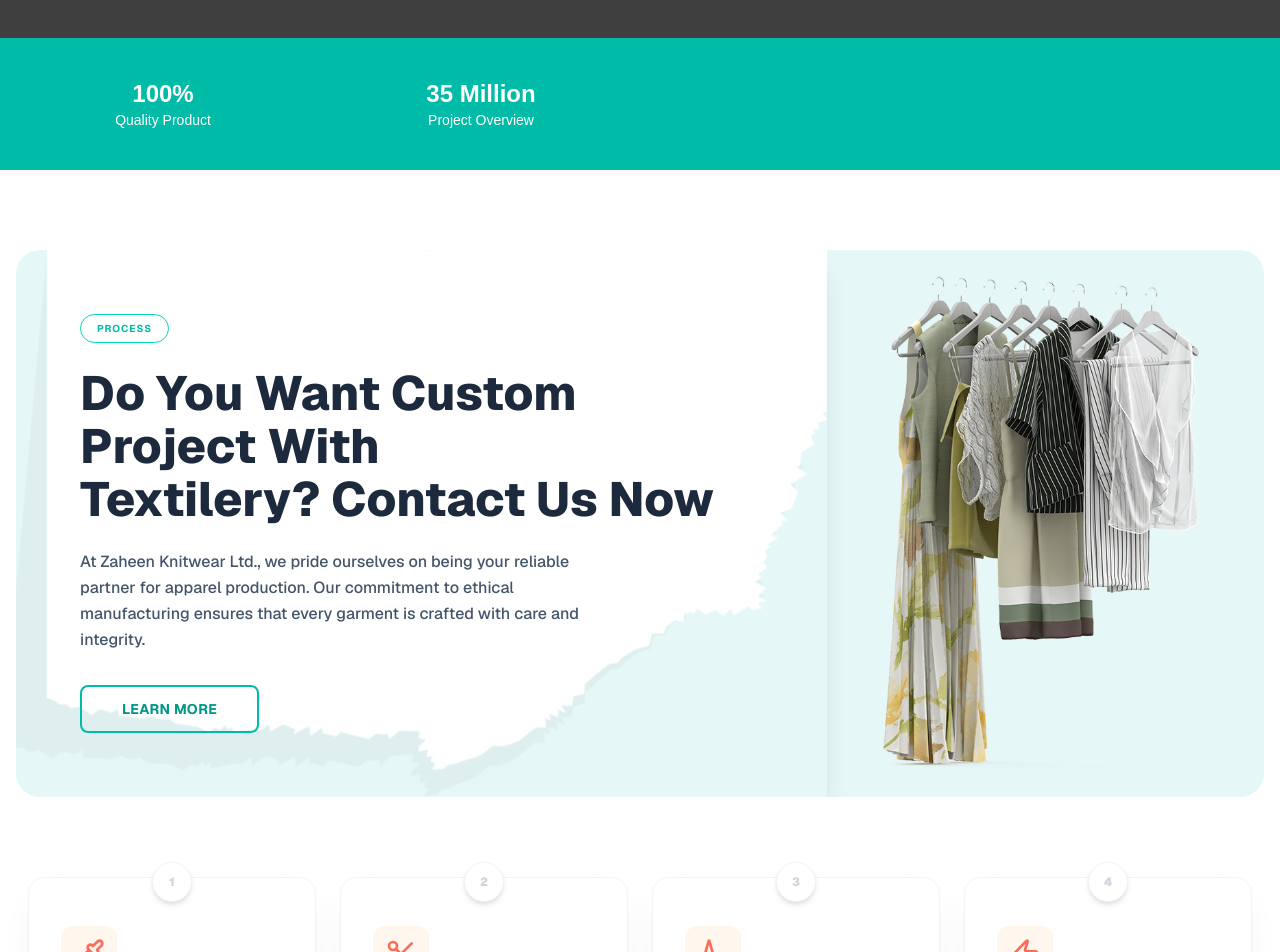
Repository: mdmuhibullahhabib/fullstack-assessment
Page: /
An editor plug-in stored every save of this project. The page is shown before and after the next save, followed by the edit.
The browser window is 1280 px wide. The pictures show the part of the page from y = 540 to 1492 px (the page is 3092 px tall before and 3111 px after).
Pictures or frames that could not be fetched are drawn as grey boxes. The project was rebuilt for these pictures with package versions that can differ from the ones it lists, and the page was loaded fresh each time. The framework's server and built-in components were replaced by stand-ins that run in the browser. Also part of the build but not shown: next.config.mjs.

Above is the page before, as saved 2025-12-27 09:34:05.

### src/app/layout.js
import { Geist, Geist_Mono } from "next/font/google";
import "./globals.css";
import Navbar from "@/components/shared/Navbar";
import Footer from "@/components/shared/Footer";

const geistSans = Geist({
  variable: "--font-geist-sans",
  subsets: ["latin"],
});

const geistMono = Geist_Mono({
  variable: "--font-geist-mono",
  subsets: ["latin"],
});

export const metadata = {
  title: "Create Next App",
  description: "Generated by create next app",
};

export default function RootLayout({ children }) {
  return (
    <html lang="en">
      <body
        className={`${geistSans.variable} ${geistMono.variable} antialiased`}
      >
        <Navbar/>
        {children}
        <Footer/>
      </body>
    </html>
  );
}

### src/app/page.js
import Apparel from "@/components/home/Apparel";
import CustomProcess from "@/components/home/CustomProcess";
import Hero from "@/components/home/hero";
import Stats from "@/components/home/Stats";


export default function Home() {
  return (
    <>
      <Hero />
      <Stats />
      <CustomProcess />
      <Apparel />
    </>
  );
}

### src/components/shared/Navbar.jsx
"use client";

import Link from "next/link";
import { Menu, X, ShoppingCart, User } from "lucide-react";
import { useState } from "react";

export default function Navbar() {
  const [open, setOpen] = useState(false);

  return (
    <header className="w-full">
      {/* ===== Top Bar ===== */}
      <div className="bg-teal-500 text-white text-sm">
        <div className="max-w-7xl mx-auto flex justify-between items-center px-4 py-2">
          <p>📍 Kashimpur, Gazipur Sadar / Gazipur</p>
          <div className="flex items-center gap-4">
            <span>📞 +880 01713-027875</span>
            <div className="flex gap-2">
              <span>f</span>
              <span>x</span>
              <span>▶</span>
              <span>📷</span>
            </div>
          </div>
        </div>
      </div>

      {/* ===== Main Navbar ===== */}
      <div className="bg-white shadow">
        <div className="max-w-7xl mx-auto flex items-center justify-between px-4 py-4">

          {/* Logo */}
          <Link href="/" className="flex items-center gap-2">
            <div className="w-10 h-10 bg-green-500 rounded flex items-center justify-center text-white font-bold">
              Z
            </div>
            <span className="font-bold text-lg text-gray-800">
              Company
            </span>
          </Link>

          {/* Desktop Menu */}
          <nav className="hidden md:flex items-center gap-8 text-gray-700 font-medium">
            <Link href="/">Home</Link>
            <Link href="/about">About Us</Link>
            <Link href="/services">Our Services</Link>
            <Link href="/products">Our Products</Link>
            <Link href="/blogs">Blogs</Link>
          </nav>

          {/* Right Actions */}
          <div className="hidden md:flex items-center gap-4">
            <ShoppingCart className="cursor-pointer" />
            <div className="w-8 h-8 bg-red-500 rounded-full flex items-center justify-center text-white">
              M
            </div>
            <Link
              href="/contact"
              className="bg-orange-500 text-white px-4 py-2 rounded"
            >
              Contact Us
            </Link>
          </div>

          {/* Mobile Menu Button */}
          <button
            onClick={() => setOpen(!open)}
            className="md:hidden"
          >
            {open ? <X /> : <Menu />}
          </button>
        </div>

        {/* ===== Mobile Menu ===== */}
        {open && (
          <div className="md:hidden bg-white border-t">
            <nav className="flex flex-col gap-4 px-4 py-4 text-gray-700">
              <Link href="/">Home</Link>
              <Link href="/about">About Us</Link>
              <Link href="/services">Our Services</Link>
              <Link href="/products">Our Products</Link>
              <Link href="/blogs">Blogs</Link>

              <div className="flex items-center gap-4 pt-4">
                <ShoppingCart />
                <User />
                <Link
                  href="/contact"
                  className="bg-orange-500 text-white px-4 py-2 rounded"
                >
                  Contact Us
                </Link>
              </div>
            </nav>
          </div>
        )}
      </div>
    </header>
  );
}

### src/components/shared/Footer.jsx
import Image from "next/image";
import Link from "next/link";

export default function Footer() {
  return (
    <footer className="bg-[#f8f8f8] border-t">
      <div className="max-w-7xl mx-auto px-4 py-12">

        {/* ===== Top Section ===== */}
        <div className="grid grid-cols-1 md:grid-cols-4 gap-10">

          {/* Logo & Contact */}
          <div className="space-y-4">
            <div className="flex items-center gap-3">
              <Image src="/logo.png" alt="logo" width={48} height={48} />
              <Image src="/logo2.png" alt="logo2" width={48} height={48} />
            </div>

            <p className="text-sm text-gray-600 flex gap-2">
              📍 29 SE 2nd Ave, Miami, FL 33131, United States
            </p>
            <p className="text-sm text-gray-600">
              ✉ info@zaheen.com
            </p>
            <p className="text-sm font-semibold">
              📞 (+92) 3942 7879
            </p>
          </div>

          {/* Pages */}
          <div>
            <h4 className="font-semibold mb-4 uppercase text-sm">Pages</h4>
            <ul className="space-y-2 text-sm text-gray-600">
              <li><Link href="#">About Us</Link></li>
              <li><Link href="#">Our Services</Link></li>
              <li><Link href="#">Our Products</Link></li>
            </ul>
          </div>

          {/* Information */}
          <div>
            <h4 className="font-semibold mb-4 uppercase text-sm">Information</h4>
            <ul className="space-y-2 text-sm text-gray-600">
              <li><Link href="#">My Account</Link></li>
              <li><Link href="#">Corporate Enquiries</Link></li>
              <li><Link href="#">FAQs</Link></li>
            </ul>
          </div>
        </div>

        {/* ===== Payment Channels (SAME ROW STYLE) ===== */}
        <div className="mt-10">
          <h4 className="font-semibold text-sm mb-4">PAYMENT CHANNELS</h4>

          <div className="flex flex-wrap gap-3">
            {[
              "visa",
              "mastercard",
              "amex",
              "bKash",
              "nagad",
              "rocket",
              "upay",
              "tap",
              "citybank",
              "bracbank",
              "easternbank",
              "standardchartered",
            ].map((logo) => (
              <div
                key={logo}
                className="bg-white border rounded-md px-4 py-2 flex items-center justify-center"
              >
                <Image
                  src={`/payments/${logo}.png`}
                  alt={logo}
                  width={48}
                  height={28}
                  className="object-contain"
                />
              </div>
            ))}
          </div>
        </div>

        {/* ===== Bottom Bar ===== */}
        <div className="border-t mt-10 pt-6 flex flex-col md:flex-row justify-between items-center gap-4 text-sm text-gray-600">

          <p>
            Copyright ©{" "}
            <span className="text-orange-500 font-medium">
              360D Soul Limited
            </span>{" "}
            2025. All rights reserved.
          </p>

          <div className="flex gap-4 text-lg">
            <span>f</span>
            <span>x</span>
            <span>📷</span>
          </div>

          <div className="flex gap-4">
            <Link href="#">Terms & Condition</Link>
            <Link href="#">Privacy & Policy</Link>
            <Link href="#">Refund Policy</Link>
          </div>
        </div>

      </div>
    </footer>
  );
}

### src/components/home/Apparel.jsx
export default function Apparel() {
  const products = [
    {
      name: "Denim Jacket",
      price: "$10.00",
      img: "https://images.unsplash.com/photo-1520975916090-3105956dac38",
    },
    {
      name: "Hoodie",
      price: "$12.00",
      img: "https://images.unsplash.com/photo-1520974735194-6c9c0c13ed3d",
    },
    {
      name: "T-Shirt",
      price: "$8.00",
      img: "https://images.unsplash.com/photo-1583743814966-8936f5b7be1a",
    },
  ];

  return (
    <section className="bg-gray-50 py-16">
      <div className="max-w-7xl mx-auto px-4">
        <h2 className="text-2xl font-bold mb-8">Our Apparels</h2>

        <div className="grid sm:grid-cols-2 md:grid-cols-3 gap-6">
          {products.map((p, i) => (
            <div key={i} className="bg-white border rounded overflow-hidden">
              <img src={p.img} className="h-56 w-full object-cover" />
              <div className="p-4">
                <h3 className="font-semibold">{p.name}</h3>
                <p className="text-sm text-gray-600">{p.price}</p>
                <button className="mt-3 w-full bg-teal-500 text-white py-2 rounded">
                  Add to Cart
                </button>
              </div>
            </div>
          ))}
        </div>
      </div>
    </section>
  );
}

### src/components/home/CustomProcess.jsx
"use client"
import Image from "next/image";
import { Scissors, Pipette, Zap, Activity, Repeat, ClipboardCheck, Box } from "lucide-react";
import bgImage from "../../../public/home/ProcessImage-1.png";
import rightImage from "../../../public/home/ProcessImage-2.png";

export default function CustomProcess() {
  const steps = [
    { number: 1, title: "Dyeing", desc: "Adding color to biodegradable materials.", icon: <Pipette className="w-8 h-8 text-[#FF6B5B]" /> },
    { number: 2, title: "Cutting", desc: "Eco-friendly clothing items for all shapes and sizes.", icon: <Scissors className="w-8 h-8 text-[#FF6B5B]" /> },
    { number: 3, title: "Sewing", desc: "Vouching for the ultimate sturdiness and durability of the fabric.", icon: <Activity className="w-8 h-8 text-[#FF6B5B]" /> },
    { number: 4, title: "Snipping of thread", desc: "A neat edge, a soft and smooth finish.", icon: <Zap className="w-8 h-8 text-[#FF6B5B]" /> },
    { number: 5, title: "Ironing", desc: "Ironing it before shipping.", icon: <Repeat className="w-8 h-8 text-[#FF6B5B]" /> },
    { number: 6, title: "Checking", desc: "Going through each clothing piece to ensure supreme quality standards are met.", icon: <ClipboardCheck className="w-8 h-8 text-[#FF6B5B]" /> },
    { number: 7, title: "Package", desc: "Folding and packing with the utmost care.", icon: <Box className="w-8 h-8 text-[#FF6B5B]" /> },
  ];

  return (
    <section className="bg-white py-20 px-4 font-sans">
      <div className="max-w-7xl mx-auto">

        {/* ===== TOP SECTION ===== */}
<div className="relative bg-[#E6F7F8] rounded-3xl overflow-hidden flex flex-col md:flex-row items-stretch mb-20 min-h-[480px]">

  {/* ===== LEFT SIDE (TEXT + BG IMAGE) ===== */}
  <div
    className="relative w-full md:w-[65%] p-10 md:p-16 flex flex-col justify-center items-start shadow-xl"
    style={{
      backgroundImage: `url(${bgImage.src})`,
      backgroundSize: "cover",
      backgroundPosition: "center",
    }}
  >
    {/* Overlay for readability */}
    <div className="absolute" />

    <div className="relative z-10">
      <span className="inline-block border border-teal-400 text-teal-500 text-[10px] font-bold px-4 py-1.5 rounded-full uppercase tracking-widest mb-6 bg-white/70">
        Process
      </span>

      <h2 className="text-3xl md:text-5xl font-extrabold text-slate-800 leading-[1.1] mb-6">
        Do You Want Custom Project With <br className="hidden lg:block" />
        Textilery? Contact Us Now
      </h2>

      <p className="text-slate-600 text-sm md:text-base leading-relaxed max-w-lg mb-8 font-medium">
        At Zaheen Knitwear Ltd., we pride ourselves on being your reliable partner
        for apparel production. Our commitment to ethical manufacturing ensures
        that every garment is crafted with care and integrity.
      </p>

      <button className="border-2 border-teal-500 text-teal-600 px-10 py-3 rounded-lg font-bold text-sm hover:bg-teal-500 hover:text-white transition-all uppercase tracking-wide">
        Learn More
      </button>
    </div>
  </div>

  {/* ===== RIGHT SIDE IMAGE ===== */}
  <div className="w-full md:w-[35%] flex items-center justify-center p-6 md:p-0">
    <div className="relative w-full h-[320px] md:h-[450px] md:scale-110">
      <Image
        src={rightImage}
        alt="Garments on hangers"
        fill
        className="object-contain"
        priority
      />
    </div>
  </div>
</div>

        {/* ===== PROCESS STEPS GRID ===== */}
        <div className="flex flex-wrap justify-center gap-6">
          {steps.map((step, index) => (
            <div
              key={step.number}
              className={`
                relative bg-white p-8 pt-12 rounded-2xl shadow-[0_15px_40px_-15px_rgba(0,0,0,0.1)]
                border border-gray-100 flex flex-col items-start transition-all hover:-translate-y-2
                w-full sm:w-[calc(50%-1.5rem)] lg:w-[calc(25%-1.5rem)]
                ${index >= 4 ? 'lg:translate-y-2' : ''}
              `}
            >
              {/* Step Number Circle */}
              <div className="absolute -top-4 left-1/2 -translate-x-1/2 w-10 h-10 bg-white border border-gray-100 shadow-md rounded-full flex items-center justify-center text-xs font-black text-gray-300">
                {step.number}
              </div>

              <div className="mb-6 bg-orange-50 p-3 rounded-xl">
                {step.icon}
              </div>

              <h3 className="text-xl font-bold text-slate-800 mb-3">
                {step.title}
              </h3>
              <p className="text-[14px] text-gray-500 leading-relaxed">
                {step.desc}
              </p>
            </div>
          ))}
        </div>

      </div>
    </section>
  );
}

### src/components/home/hero.jsx
export default function Hero() {
  return (
    <section className="relative bg-black text-white">
      <img
        src="https://images.unsplash.com/photo-1520975916090-3105956dac38"
        className="absolute inset-0 w-full h-full object-cover opacity-40"
      />

      <div className="relative max-w-7xl mx-auto px-4 py-28 grid md:grid-cols-2 gap-10">
        <div>
          <p className="text-sm uppercase mb-3 text-teal-400">
            Textile & Garments
          </p>
          <h1 className="text-4xl md:text-5xl font-bold mb-5">
            High-Quality Garments. <br /> Ethically Made.
          </h1>
          <p className="text-gray-300 mb-6">
            We manufacture premium garments using ethical and sustainable
            practices.
          </p>

          <div className="flex gap-4">
            <button className="bg-orange-500 px-6 py-3 rounded">
              Explore
            </button>
            <button className="border px-6 py-3 rounded">
              Contact Us
            </button>
          </div>
        </div>
      </div>
    </section>
  );
}

### src/components/home/Stats.jsx
export default function Stats() {
  const stats = [
    { title: "Quality Product", value: "100%" },
    { title: "Project Overview", value: "35 Million" },
  ];

  return (
    <section className="bg-teal-500 text-white">
      <div className="max-w-7xl mx-auto px-4 py-10 grid grid-cols-2 md:grid-cols-4 gap-6 text-center">
        {stats.map((s, i) => (
          <div key={i}>
            <h3 className="text-2xl font-bold">{s.value}</h3>
            <p className="text-sm">{s.title}</p>
          </div>
        ))}
      </div>
    </section>
  );
}

Loaded but not shown: src/app/globals.css (common file)

After the next save:
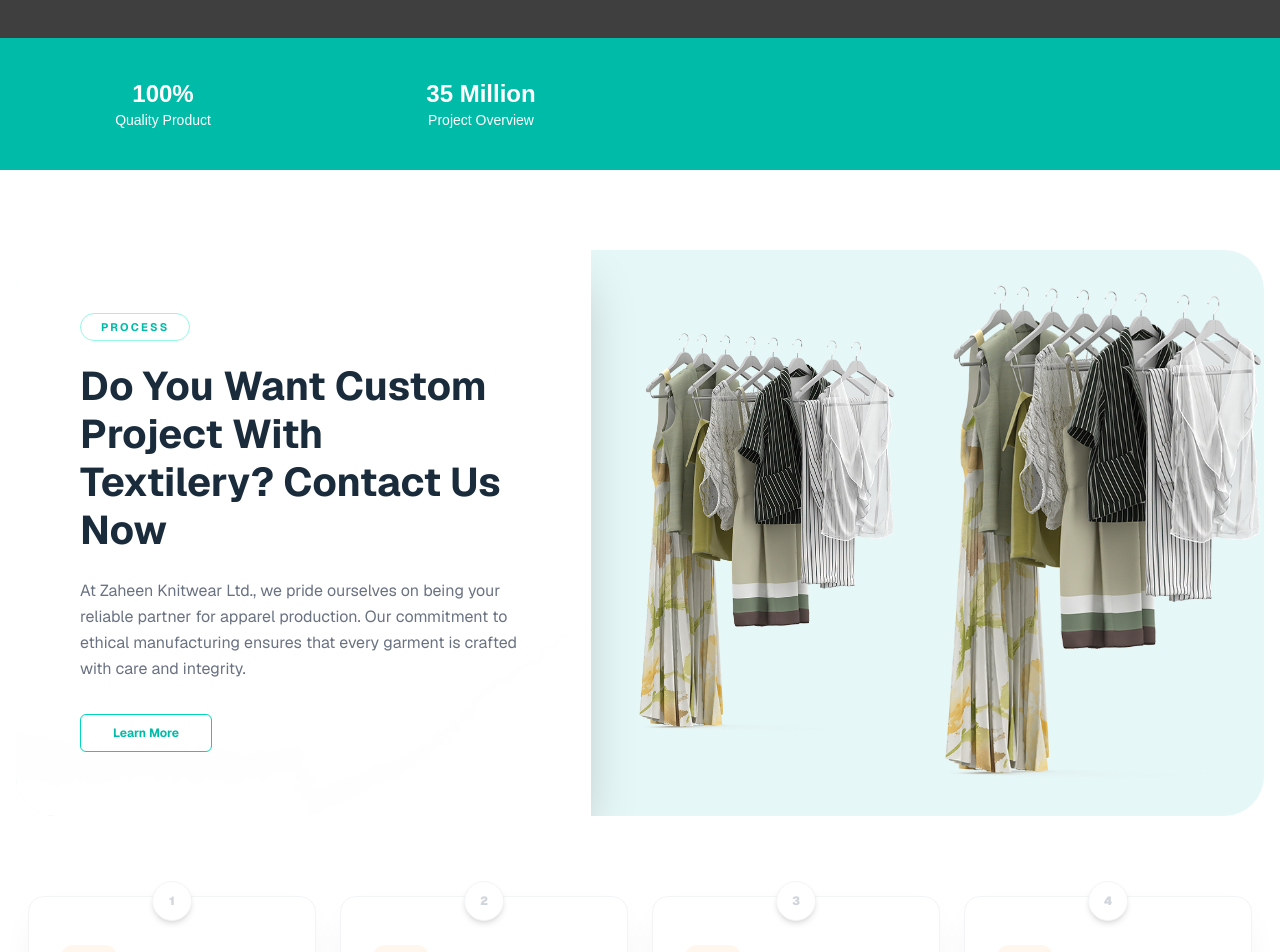
Saved 4 min 45 s later.
--- a/src/components/home/CustomProcess.jsx
+++ b/src/components/home/CustomProcess.jsx
@@ -20,41 +20,51 @@
       <div className="max-w-7xl mx-auto">
 
         {/* ===== TOP SECTION ===== */}
-<div className="relative bg-[#E6F7F8] rounded-3xl overflow-hidden flex flex-col md:flex-row items-stretch mb-20 min-h-[480px]">
+<div className="relative bg-[#E6F7F8] rounded-[40px] overflow-hidden flex flex-col md:flex-row items-stretch mb-20 min-h-[450px]">
 
-  {/* ===== LEFT SIDE (TEXT + BG IMAGE) ===== */}
-  <div
-    className="relative w-full md:w-[65%] p-10 md:p-16 flex flex-col justify-center items-start shadow-xl"
-    style={{
-      backgroundImage: `url(${bgImage.src})`,
-      backgroundSize: "cover",
-      backgroundPosition: "center",
-    }}
-  >
-    {/* Overlay for readability */}
-    <div className="absolute" />
+          {/* Left Content Box (White with bgImage and Torn Edge) */}
+          <div
+            className="relative z-20 w-full md:w-[60%] p-10 md:p-16 flex flex-col justify-center items-start md:clip-path-torn shadow-2xl"
+            style={{
+              backgroundImage: `linear-gradient(to right, rgba(255,255,255,0.92), rgba(255,255,255,0.85)), url(${bgImage.src})`,
+              backgroundSize: 'cover',
+              backgroundPosition: 'center',
+              backgroundColor: 'white'
+            }}
+          >
+            <div className="mb-6">
+              <span className="px-5 py-1.5 rounded-full border border-teal-200 text-teal-500 text-[11px] font-bold uppercase tracking-[0.2em]">
+                Process
+              </span>
+            </div>
 
-    <div className="relative z-10">
-      <span className="inline-block border border-teal-400 text-teal-500 text-[10px] font-bold px-4 py-1.5 rounded-full uppercase tracking-widest mb-6 bg-white/70">
-        Process
-      </span>
+            <h2 className="text-3xl md:text-[40px] font-bold text-[#1a2b3c] leading-[1.2] mb-6">
+              Do You Want Custom Project With <br className="hidden lg:block" /> Textilery? Contact Us Now
+            </h2>
 
-      <h2 className="text-3xl md:text-5xl font-extrabold text-slate-800 leading-[1.1] mb-6">
-        Do You Want Custom Project With <br className="hidden lg:block" />
-        Textilery? Contact Us Now
-      </h2>
+            <p className="text-gray-500 text-sm md:text-base leading-relaxed max-w-lg mb-8">
+              At Zaheen Knitwear Ltd., we pride ourselves on being your reliable partner for
+              apparel production. Our commitment to ethical manufacturing ensures that
+              every garment is crafted with care and integrity.
+            </p>
 
-      <p className="text-slate-600 text-sm md:text-base leading-relaxed max-w-lg mb-8 font-medium">
-        At Zaheen Knitwear Ltd., we pride ourselves on being your reliable partner
-        for apparel production. Our commitment to ethical manufacturing ensures
-        that every garment is crafted with care and integrity.
-      </p>
+            <button className="border-[1.5px] border-teal-400 text-teal-500 px-8 py-2.5 rounded-md font-bold text-xs hover:bg-teal-500 hover:text-white transition-all">
+              Learn More
+            </button>
+          </div>
 
-      <button className="border-2 border-teal-500 text-teal-600 px-10 py-3 rounded-lg font-bold text-sm hover:bg-teal-500 hover:text-white transition-all uppercase tracking-wide">
-        Learn More
-      </button>
-    </div>
-  </div>
+          {/* Right Content (Image of hanging clothes) */}
+          <div className="w-full md:w-[40%] relative flex items-center justify-center py-10">
+            <div className="relative w-[85%] h-[400px]">
+              <Image
+                src={rightImage}
+                alt="Clothing Preview"
+                fill
+                className="object-contain"
+                priority
+              />
+            </div>
+          </div>
 
   {/* ===== RIGHT SIDE IMAGE ===== */}
   <div className="w-full md:w-[35%] flex items-center justify-center p-6 md:p-0">
